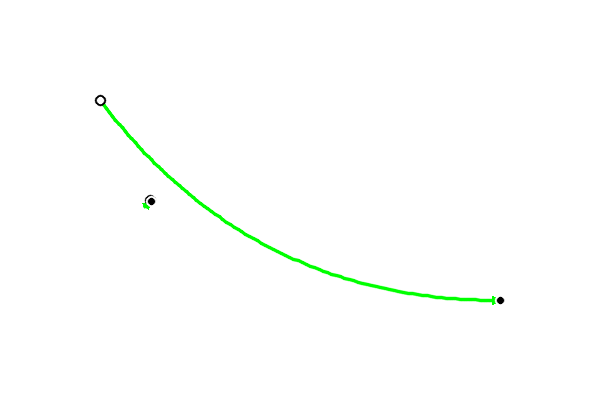
Repository: lilianna111/PiLoT_v2_rebuttal
Script's output: python Pilot_0528/preprocess/vis/vis_feicuiwan/test.py
The author's editor kept a copy of each file at every save. The script's output is drawn from the files as they stood at one save, then again after the next save.
Random numbers start from a fixed seed.

Above is the script's output before, as saved 2025-07-31 12:35:17.

### Pilot_0528/preprocess/vis/vis_feicuiwan/test.py
import cv2
import numpy as np


def draw_curved_arrow(img, pt1, pt2, color=(0, 255, 0), thickness=2, arrow_size=8, bend_scale=0.25, min_len=60):
    """
    绘制 pt1 → pt2 的平滑曲线箭头。
    - 自动增强短距离的可视效果：更长、更弯
    """
    pt1 = np.array(pt1, dtype=np.float32)
    pt2 = np.array(pt2, dtype=np.float32)
    direction = pt2 - pt1
    length = np.linalg.norm(direction)
    if length < 1e-6:
        return

    # === 强化视觉长度感 ===
    effective_length = max(length, min_len)
    dir_unit = direction / (length + 1e-6)
    ortho = np.array([-dir_unit[1], dir_unit[0]])

    # 控制点向法向偏移，按视觉长度来弯曲
    midpoint = (pt1 + pt2) / 2
    bend = bend_scale * effective_length
    ctrl = midpoint + ortho * bend

    # 贝塞尔曲线点
    curve = []
    for t in np.linspace(0, 1, 100):
        p = (1 - t)**2 * pt1 + 2 * (1 - t) * t * ctrl + t**2 * pt2
        curve.append(tuple(np.round(p).astype(int)))

    # 曲线线段
    for i in range(len(curve) - 1):
        cv2.line(img, curve[i], curve[i + 1], color, thickness, cv2.LINE_AA)

    # 箭头绘制（使用最后段方向）
    p_tip = np.array(curve[-1], dtype=np.float32)
    p_base = np.array(curve[-5], dtype=np.float32)
    dir_vec = p_tip - p_base
    dir_vec /= (np.linalg.norm(dir_vec) + 1e-6)
    ortho = np.array([-dir_vec[1], dir_vec[0]])
    left = p_tip - dir_vec * arrow_size + ortho * arrow_size * 0.5
    right = p_tip - dir_vec * arrow_size - ortho * arrow_size * 0.5
    triangle = np.array([p_tip, left, right], dtype=np.int32)
    cv2.fillPoly(img, [triangle], color)

    # 圆圈端点
    pt1i = tuple(np.round(pt1).astype(int))
    pt2i = tuple(np.round(pt2).astype(int))
    cv2.circle(img, pt1i, 5, (0, 0, 0), -1, cv2.LINE_AA)
    cv2.circle(img, pt1i, 3, (255, 255, 255), -1, cv2.LINE_AA)
    cv2.circle(img, pt2i, 5, (255, 255, 255), -1, cv2.LINE_AA)
    cv2.circle(img, pt2i, 3, (0, 0, 0), -1, cv2.LINE_AA)


img = np.ones((400, 600, 3), dtype=np.uint8) * 255
draw_curved_arrow(img, (150, 200), (151, 201))  # 距离很近
draw_curved_arrow(img, (100, 100), (500, 300))  # 距离较远
cv2.imshow("Curved Arrows", img)
cv2.waitKey(0)
cv2.destroyAllWindows()

After the next save:
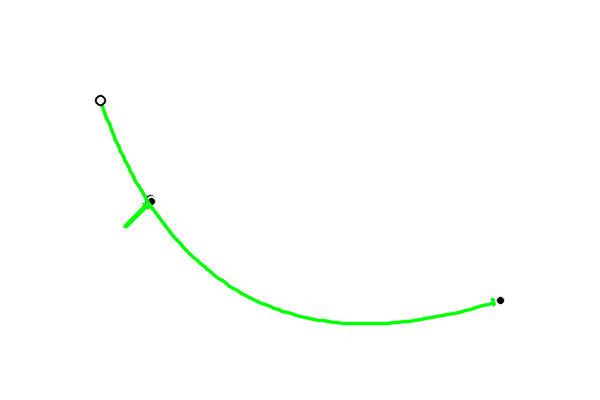
Saved 69 s later.
--- a/Pilot_0528/preprocess/vis/vis_feicuiwan/test.py
+++ b/Pilot_0528/preprocess/vis/vis_feicuiwan/test.py
@@ -1,51 +1,56 @@
 import cv2
 import numpy as np
 
-
-def draw_curved_arrow(img, pt1, pt2, color=(0, 255, 0), thickness=2, arrow_size=8, bend_scale=0.25, min_len=60):
+def draw_curved_arrow(img, pt1, pt2, color=(0, 255, 0), thickness=2,
+                      arrow_size=8, bend_base=40, min_virtual_len=80, bend_factor=0.4):
     """
-    绘制 pt1 → pt2 的平滑曲线箭头。
-    - 自动增强短距离的可视效果：更长、更弯
+    绘制 pt1 → pt2 的平滑曲线箭头。即使距离很近，也能突出显示连接感。
+    - bend_base: 最小弯曲幅度
+    - min_virtual_len: 最小“视距”（拉长虚拟长度判断）
+    - bend_factor: 决定弯曲强度的系数
     """
     pt1 = np.array(pt1, dtype=np.float32)
     pt2 = np.array(pt2, dtype=np.float32)
     direction = pt2 - pt1
     length = np.linalg.norm(direction)
+
     if length < 1e-6:
-        return
+        return  # 太近直接忽略
 
-    # === 强化视觉长度感 ===
-    effective_length = max(length, min_len)
+    # ===== 曲线方向与法向 =====
     dir_unit = direction / (length + 1e-6)
     ortho = np.array([-dir_unit[1], dir_unit[0]])
 
-    # 控制点向法向偏移，按视觉长度来弯曲
-    midpoint = (pt1 + pt2) / 2
-    bend = bend_scale * effective_length
-    ctrl = midpoint + ortho * bend
+    # 虚拟延展视距（用于近点增强视觉）
+    virtual_len = max(length, min_virtual_len)
 
-    # 贝塞尔曲线点
+    # 控制点弯曲偏移
+    bend = bend_factor * virtual_len + bend_base
+    ctrl = (pt1 + pt2) / 2 + ortho * bend
+
+    # 曲线采样：pt1 → ctrl → pt2 的二次贝塞尔
     curve = []
     for t in np.linspace(0, 1, 100):
-        p = (1 - t)**2 * pt1 + 2 * (1 - t) * t * ctrl + t**2 * pt2
+        p = (1 - t) ** 2 * pt1 + 2 * (1 - t) * t * ctrl + t ** 2 * pt2
         curve.append(tuple(np.round(p).astype(int)))
 
-    # 曲线线段
+    # 绘制主曲线
     for i in range(len(curve) - 1):
         cv2.line(img, curve[i], curve[i + 1], color, thickness, cv2.LINE_AA)
 
-    # 箭头绘制（使用最后段方向）
+    # 箭头头部
     p_tip = np.array(curve[-1], dtype=np.float32)
     p_base = np.array(curve[-5], dtype=np.float32)
     dir_vec = p_tip - p_base
     dir_vec /= (np.linalg.norm(dir_vec) + 1e-6)
     ortho = np.array([-dir_vec[1], dir_vec[0]])
+
     left = p_tip - dir_vec * arrow_size + ortho * arrow_size * 0.5
     right = p_tip - dir_vec * arrow_size - ortho * arrow_size * 0.5
     triangle = np.array([p_tip, left, right], dtype=np.int32)
     cv2.fillPoly(img, [triangle], color)
 
-    # 圆圈端点
+    # 两端圆圈
     pt1i = tuple(np.round(pt1).astype(int))
     pt2i = tuple(np.round(pt2).astype(int))
     cv2.circle(img, pt1i, 5, (0, 0, 0), -1, cv2.LINE_AA)
@@ -53,7 +58,6 @@ def draw_curved_arrow(img, pt1, pt2, color=(0, 255, 0), thickness=2, arrow_size=
     cv2.circle(img, pt2i, 5, (255, 255, 255), -1, cv2.LINE_AA)
     cv2.circle(img, pt2i, 3, (0, 0, 0), -1, cv2.LINE_AA)
 
-
 img = np.ones((400, 600, 3), dtype=np.uint8) * 255
 draw_curved_arrow(img, (150, 200), (151, 201))  # 距离很近
 draw_curved_arrow(img, (100, 100), (500, 300))  # 距离较远
